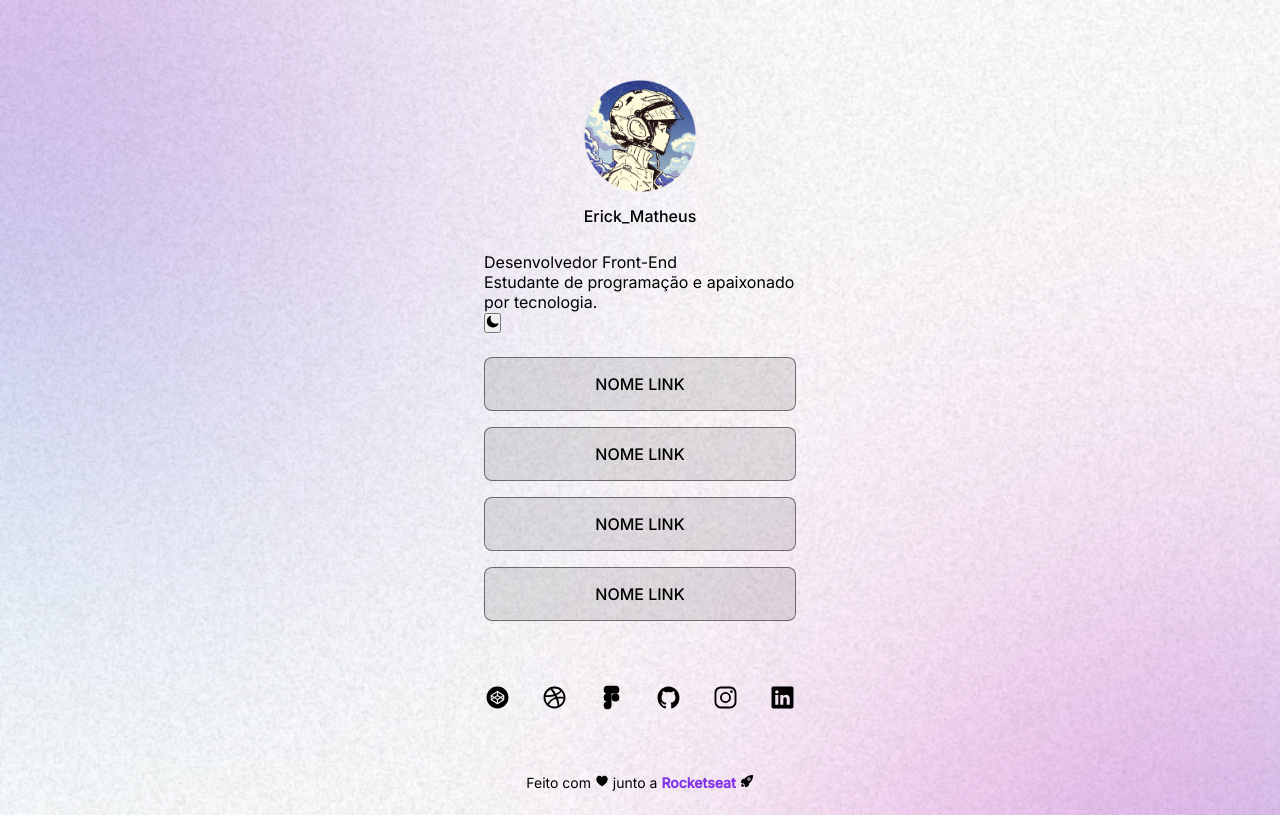
Repository: e-rickmatheus/project_dev_links
Page: index.html
The author's editor kept a copy of each file at every save. The page is drawn from the files as they stood at one save, then again after a run of saves.
The browser window is 1280 px wide. The pictures show the whole page.

Above is the page before, as saved 2025-04-03 19:53:15.

### index.html
<!DOCTYPE html>
<html lang="pt-BR" class="light-theme">
<head>

<link rel="preconnect" href="https://fonts.googleapis.com">
<link rel="preconnect" href="https://fonts.gstatic.com" crossorigin>
<link href="https://fonts.googleapis.com/css2?family=Inter:wght@400;500&display=swap" rel="stylesheet">
  <meta charset="UTF-8">
  <meta name="viewport" content="width=device-width, initial-scale=1.0">
  <title>DEV.Links</title>
  <link rel="stylesheet" href="./style.css">
  <a></a>
</head>
<body>

  <div id="container">
    <div id="profile">
      <img id="avatar" src="./assets/avatar-pilot-day.png" alt="avatar-light">
      <p>Erick_Matheus</p>
    </div>
    <div id="description">
      <p>Desenvolvedor Front-End</p>
      <p>Estudante de programação e apaixonado por tecnologia.</p>
    </div>
    <div id="switcher">
      <button>
        <i class="bi bi-sun-fill"></i>
        <i class="bi bi-moon-stars-fill"></i>
        <ion-icon name="moon"></ion-icon>
      </button>
    </div>
  <ul>
    <li>
      <a href="#" target="_blank">NOME LINK</a>
    </li>
    <li>
        <a href="#" target="_blank">NOME LINK</a>
    </li>
    <li>
        <a href="#" target="_blank">NOME LINK</a>
    </li>
    <li>
        <a href="#" target="_blank">NOME LINK</a>
    </li>
  </ul>
  <div id="social-links">
    <!-- <ion-icon name="logo-behance"></ion-icon> -->
    <a href="https://codepen.io/erick_matheus" target="_blank">
      <ion-icon name="logo-codepen"></ion-icon>
    </a>

    <a href="https://dribbble.com/erick_matheus" target="_blank">
      <ion-icon name="logo-dribbble"></ion-icon>
    </a>

    <a href="https://figma.com/@erick_matheus" target="_blank">
      <ion-icon name="logo-figma"></ion-icon>
    </a>
    <a href="https://github.com/e-rickmatheus" target="_blank">
      <ion-icon name="logo-github"></ion-icon>
    </a>

    <a href="https://instagram.com/" target="_blank">
      <ion-icon name="logo-instagram"></ion-icon>
    </a>

    <a href="https://linkedin.com/in/e-rickmatheus/" target="_blank">
      <ion-icon name="logo-linkedin"></ion-icon>
    </a>
    <!-- <ion-icon name="logo-medium"></ion-icon> -->
    <!-- <ion-icon name="logo-whatsapp"></ion-icon> -->
  </div>

  <footer>
    Feito com <ion-icon name="heart"></ion-icon>
    junto a <a id="rocketseat" href="https://rocketseat.com.br/" target="_blank">Rocketseat</a>   <ion-icon name="rocket"></ion-icon>
  </footer>
  </div>

<script type="module" src="https://cdn.jsdelivr.net/npm/ionicons@7.1.0/dist/ionicons/ionicons.esm.js"></script>
<script nomodule src="https://cdn.jsdelivr.net/npm/ionicons@7.1.0/dist/ionicons/ionicons.js"></script>
</body>

</html>

### style.css
* {  /* *: todos os elementos */
  margin: 0;
  padding: 0;
  box-sizing: border-box; /* border-box: altura e largura do elemento é o mesmo que o tamanho definido */

}

:root {
  --text-color: white; /* cor do texto */
  --bg-url: url(./assets/bg-mobile.jpg); /* url da imagem de fundo */
  --stroke-color: rgba(255, 255, 255, 0.5); /* cor do contorno */
  --surface-color: rgba(255, 255, 255, 0.1); /* cor da superfície */
  --surface-color-hover: rgba(255, 255, 255, 0.2); /* cor da superfície ao passar o mouse */
  --social-links-color-hover: rgba(255, 255, 255, 0.2); /* cor do link ao passar o mouse */
}

.light-theme { /* tema claro */
  --text-color: black; /* cor do texto */
  --bg-url: url(./assets/bg-mobile-light.jpg); /* url da imagem de fundo */
  --stroke-color: rgba(0, 0, 0, 0.5); /* cor do contorno */
  --surface-color: rgba(0, 0, 0, 0.1); /* cor da superfície */
  --surface-color-hover: rgba(0, 0, 0, 0.2); /* cor da superfície ao passar o mouse */
  --social-links-color-hover: rgba(0, 0, 0, 0.2); /* cor do link ao passar o mouse */
}

html, body {
  height: 100%; /* altura do html e body */
  width: 100%; /* largura do html e body */
}

body { /* body: corpo do documento */
  /*
  background-image: url(./assets/bg-mobile.jpg);
  background-repeat: no-repeat;
  background-position: top center;
  background-size: cover;
  */

  /* BACKGROUND GRADIENT
   background-image:  linear-gradient(
        45deg,
        hsl(201deg 37% 81%) 0%,
        hsl(202deg 39% 77%) 8%,
        hsl(204deg 40% 72%) 17%,
        hsl(206deg 41% 68%) 25%,
        hsl(207deg 42% 64%) 33%,
        hsl(209deg 42% 60%) 41%,
        hsl(210deg 42% 56%) 50%,
        hsl(212deg 41% 53%) 58%,
        hsl(214deg 41% 49%) 66%,
        hsl(217deg 45% 46%) 75%,
        hsl(219deg 48% 43%) 83%,
        hsl(223deg 50% 40%) 92%,
        hsl(228deg 51% 38%) 100%
    );
    */
    background-repeat: no-repeat; /* repetição da imagem */
    background-position: top center; /* posição da imagem */
    background-size: 100% 100%; /* tamanho da imagem */
  background: var(--bg-url) no-repeat top center/cover;
  /* background: cor imagem repetição posição/tamanho */
}

body * { /* todos os elementos dentro do body */
  font-family: 'Inter', sans-serif;
  color: var(--text-color); /* cor do texto */


}

#container {
  width:  360px;
  margin: 56px auto 0px;
  display: block;
  padding: 0 24px;
}

#profile {
  text-align: center;
  padding: 24px;
}

#profile img {
  width: 112px;
}

#profile p {
  font-weight: 500;
  line-height: 24px;
  margin-top: 8px;
}


/*links*/
ul { /* ul: lista não ordenada */
  list-style: none;
  display: flex;
  flex-direction: column;
  gap: 16px;
  padding: 24px 0;
}

ul li a { /* a: link */
  display: flex;
  justify-content: center;
  align-items: center;
  padding: 16px 24px;
  background: var(--surface-color);
  border: 1px solid var(--stroke-color);
  border-radius: 8px;
  backdrop-filter: blur (4px);
  -webkit-backdrop-filter: blur (4px);

  text-decoration: none;
  font-weight: 500;

  transition: background 0.2s;
}

ul li a:hover { /* quando o mouse estiver em cima do link */
  background: var(--surface-color-hover);
  border: 1.5px solid var(--text-color);
}


/*SOcial Links*/
#social-links {
  display: flex;
  justify-content: center;
  padding: 24px 0;
  font-size: 25px
}

#social-links a { /* a: link */
  display: flex;
  justify-content: center;
  align-items: center;
  padding: 16px;
  transition: background 0.2s;
  border-radius: 50%;
}

#social-links a:hover { /* quando o mouse estiver em cima do link */
  background: var(--social-links-color-hover);

}

footer {
  text-align: center;
  padding: 24px 0;
  font-size: 14px;
}

#rocketseat {
  color: rgb(130 52 233);
  text-decoration: none;
  font-weight: bold;
  transition: color 0.5s;
}

#rocketseat:hover { /* quando o mouse estiver em cima do link */
  color: white;
  text-decoration: underline;
  background:  rgb(130 52 233);
  transition: color 0.5s;
  margin: 1px 1px;
  padding: 4px 4px;
  border-radius: 4px;
  tex

}

After the next 3 saves:
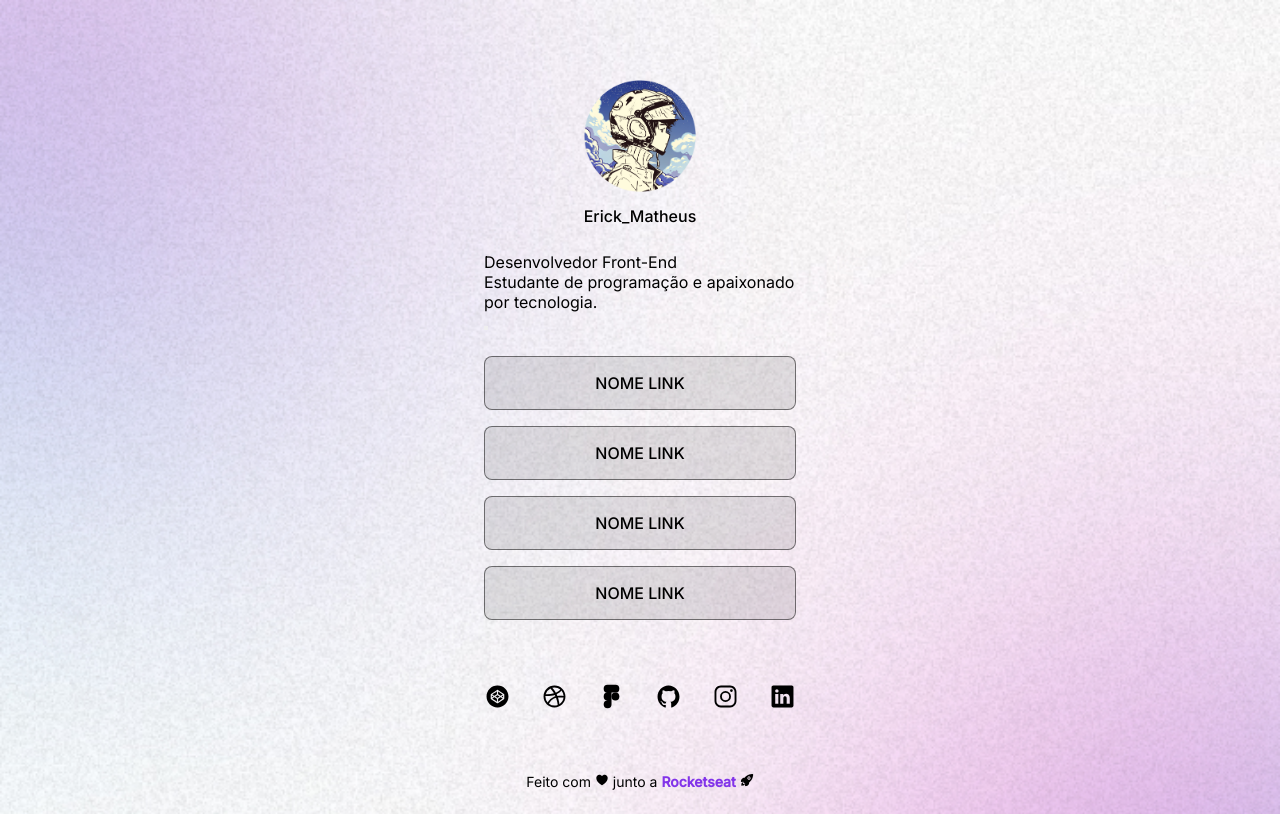
The 3 saves are shown as one change because they came seconds apart.
The last was saved 14 s later.
--- a/index.html
+++ b/index.html
@@ -26,7 +26,7 @@
       <button>
         <i class="bi bi-sun-fill"></i>
         <i class="bi bi-moon-stars-fill"></i>
-        <ion-icon name="moon"></ion-icon>
+
       </button>
     </div>
   <ul>
